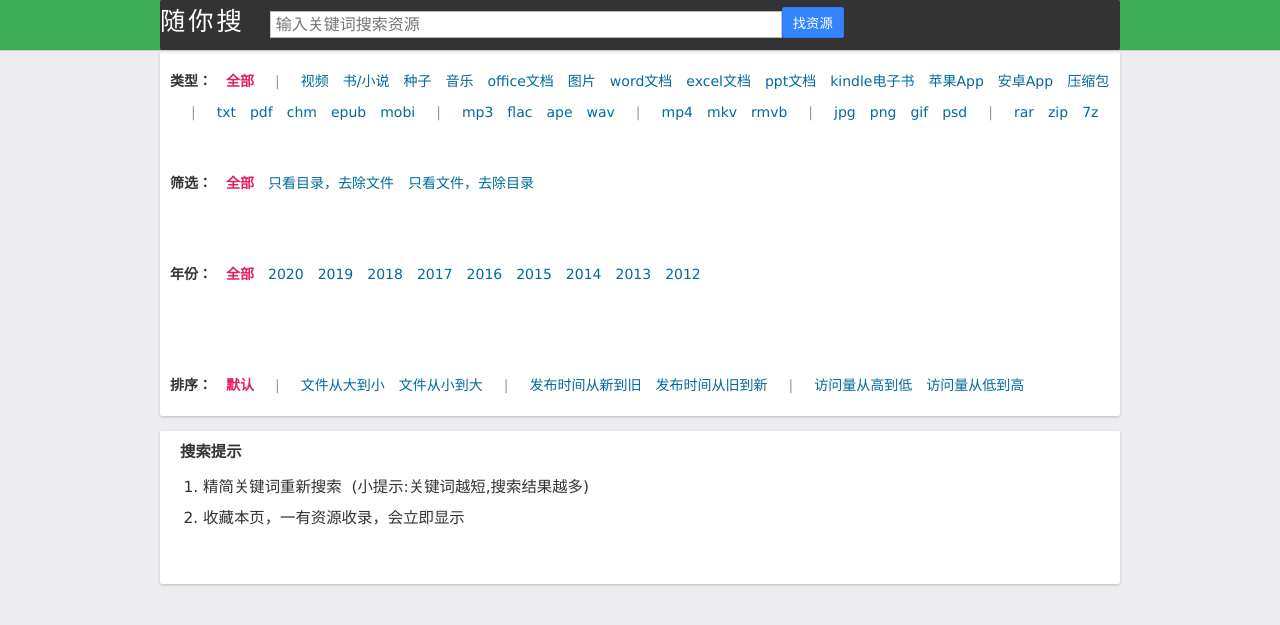
Repository: youngsailsail/nodeStudy
Page: / (app in 爬虫/前端vue/search-book/)
The author's editor kept a copy of each file at every save. The page is drawn from the files as they stood at one save, then again after the next save.
The browser window is 1280 px wide. The pictures show the whole page.
The project was rebuilt for these pictures with package versions that can differ from the ones it lists, and the page was loaded fresh each time. Also part of the build but not shown: 爬虫/前端vue/search-book/vue.config.js.

Above is the page before, as saved 2020-05-09 22:18:05.

After the next save:
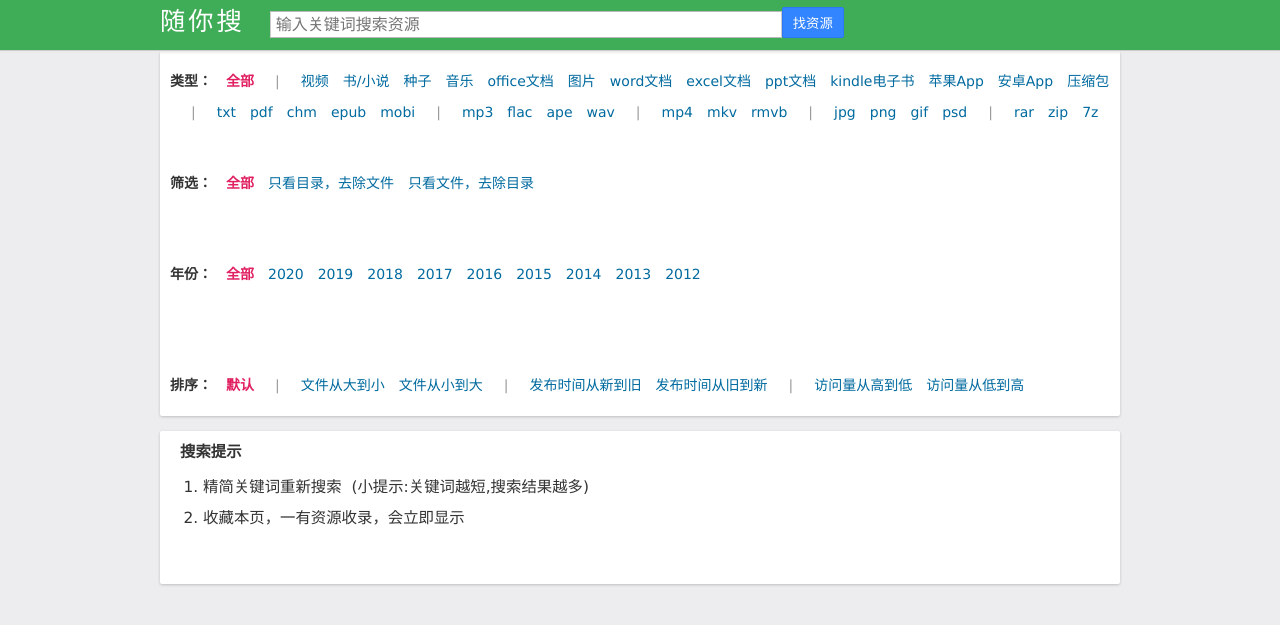
Saved 22 s later.
--- a/爬虫/前端vue/search-book/src/assets/css/app.css
+++ b/爬虫/前端vue/search-book/src/assets/css/app.css
@@ -999,7 +999,7 @@ div.top-fix-nav {
 }
 
 div.top-fix-nav .container {
-    background: #333
+    background:rgb(63, 172, 87)
 }
 
 div.top-fix-nav span.name {
